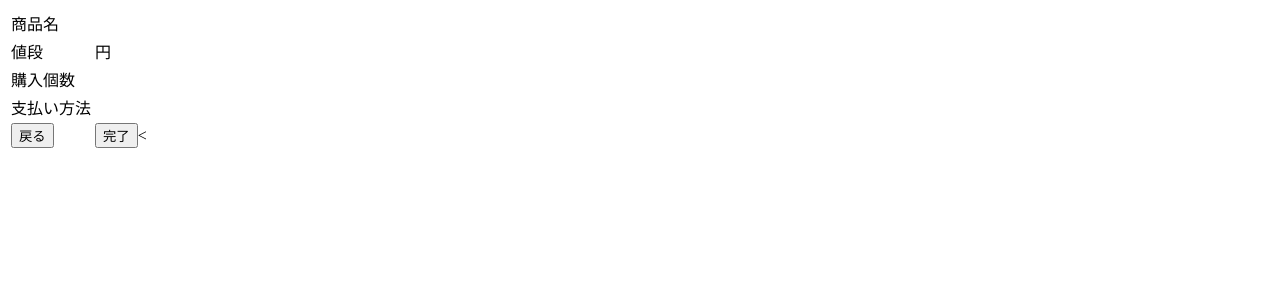
Repository: yuuukihara/test2
Page: http://localhost/myecsite2/buyItemConfirm.jsp
These files come from the project's save history. The page is drawn as it stood at one moment and after a run of saves; the edit follows.
The browser window is 1280 px wide. The pictures show the whole page.
The page is served by Tomcat 9.

Above is the page before, as saved 2018-09-14 07:08:48.

After the next 2 saves:
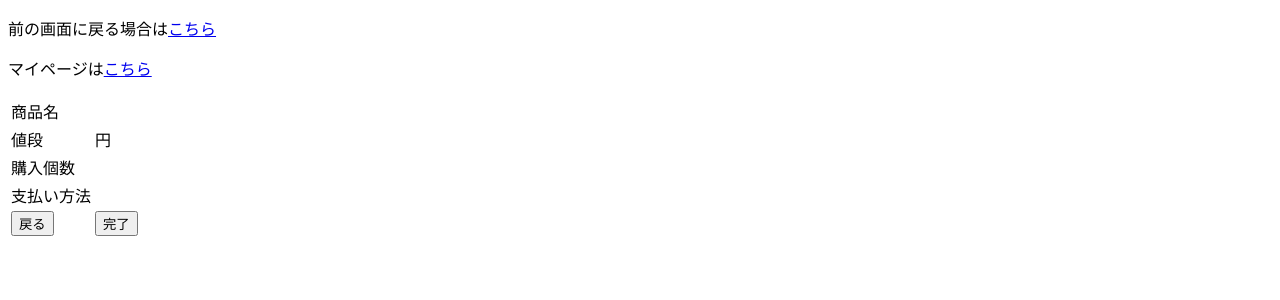
The 2 saves are shown as one change because 1 did not build or start.
The last was saved 5 min 3 s later.
--- a/myecsite2/WebContent/buyItemConfirm.jsp
+++ b/myecsite2/WebContent/buyItemConfirm.jsp
@@ -34,8 +34,13 @@
 
 	<tr>
 		<td><input type="button" value="戻る" onclick="submitAction('HomeAction')"/></td>
-		<td><input type="button" value="完了" onclick="submitAction('BuyItemConfirmAction')"/><</td>
+		<td><input type="button" value="完了" onclick="submitAction('BuyItemConfirmAction')"/></td>
 	</tr>
+
+	<div>
+		<p>前の画面に戻る場合は<a href='<s:url action="GoHomeAction"/>'>こちら</a></p>
+		<p>マイページは<a href='<s:url action="MyPageAction"/>'>こちら</a></p>
+	</div>
 
 </s:form>
 
